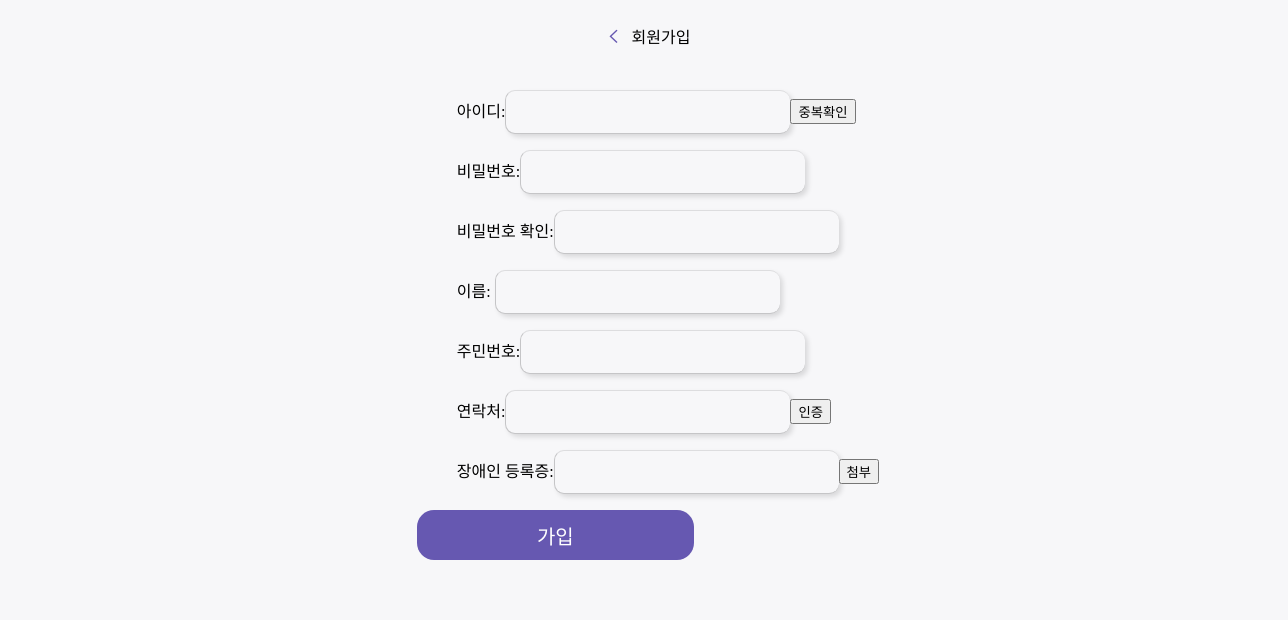
Repository: PEPI-dev/UI
Page: regist/regist.html
The author's editor kept a copy of each file at every save. The page is drawn from the files as they stood at one save, then again after the next save.
The browser window is 1280 px wide. The page is 1288 px wide, so the pictures cover 1288 px, including what lies to the right of the window. The pictures show the whole page.
Some web fonts or font styles are not loaded; a fallback is used.

Above is the page before, as saved 2023-12-04 17:57:55.

### regist/regist.html
<!DOCTYPE html>
<html lang="en">
<head>
    <meta charset="UTF-8">
    <meta name="viewport" content="width=device-width, initial-scale=1.0">
    <title>회원가입</title>
    <link rel="stylesheet" href="./regist.css">
    <link rel ="stylesheet" type="text/css" href="../a_XEIcon-2.2.0/xeicon.min.css">
</head>
<body>

    <div id="div_back"><i class="xi-angle-left" id="back"></i><p id="txt_login">회원가입</p></div>

    <form class="form_class" action="#">
        <ul class="input_ul">

        <p class="input_form"><label for="ID" class="txt_input">아이디:</label><input class="field" id="ID"><button class="btn_inside" id="id_check">중복확인</button></input></p>

        <p class="input_form"><label for="password" class="txt_input">비밀번호:</label><input class="field" id="password" type="password"></input></p>
        <p class="input_form"><label for="check_password" class="txt_input">비밀번호 확인:</label><input class="field" id="chekc_password" type="password" ></input></p>

        <p class="input_form" id="name_input" ><label for="name" class="txt_input">이름: </label><input class="field" id="name" type="text"></input></p>

        <p class="input_form"><label for="rrn" class="txt_input">주민번호:</label><input class="field" id="rrn" type="text"></input></p>

        <p class="input_form"><label for="tel" class="txt_input">연락처:</label><input class="field" id="tel" type="text"><button class="btn_inside" id="phone_check">인증</button></input></p>

        <p class="input_form"><label for="disability_card" class="txt_input">장애인 등록증:</label><input class="field" id="disability_card" type="text"><button class="btn_inside" id="card_check">첨부</button></input></p>

        </ul>
        <button id="join">가입</button>

        <div id="space"></div>
    </form>

</body>
</html>

### regist/regist.css
@font-face {
    font-family: 'main_font';
    src: url(../a_font/NotoSansKR-VariableFont_wght.ttf);
    font-weight: 500;
}

@font-face {
    font-family: 'sub_font';
    src: url(../a_font/SEBANG/SEBANG\ Gothic.ttf);
}



body {
    width: 100%;
    background-color: #F7F7F9;
    display: flex;
    flex-direction: column;
    align-items: center;
}

/* 뒤로가기 버튼 */
.xi-angle-left {
    color: #6658B1;
}

#txt_login {
    font-family: 'main_font';
}

#div_back {
    display: flex;
    align-items: center;
    margin-bottom: 10px;
}

#back {
    border: none;
    background: none;
    cursor: pointer;
    margin-right: 10px;
}

.field {
    width: 280px;
    height: 40px;
    border-radius: 10px;
    box-shadow: 3px 3px 5px rgba(0, 0, 0, 0.12);
    background-color: #F7F7F9;
    border-width: 0;
    outline: none;
    border: none;
    border-top: 0.2px solid rgba(0, 0, 0, 0.1);
    border-left: 0.5px solid rgba(0, 0, 0, 0.2);
    border-bottom: 0.5px solid rgba(0, 0, 0, 0.2);
}

.txt_input{
    font-family: 'main_font';
}

#join {
    background-color: #6658B1;
    color: white;
    border: 1px solid #E1E1E1;
    font-family: 'main_font';
    font-size: 20px;
    font-weight: 500;
    border-radius: 17px;
    border: 0px;
    width: 277px;
    height: 50px;
}

.btn_inside{

}



@media screen and (max-width: 360px) {

    /* 뒤로가기 */
    #div_back {
        padding: 1px;
        margin-top: 35px;
        margin-right: 200px;
    }

    .input_form{

        margin-top: 5px;
    }


    .name_input {
        flex-direction: row;
        align-items: center;
    }

    #join{
        width: 260px;
        height: 50px;
        margin-left: 50px;
    }

    #space{
        margin-bottom: 50px;
    }

}

Loaded but not shown: a_XEIcon-2.2.0/xeicon.min.css (library)

After the next save:
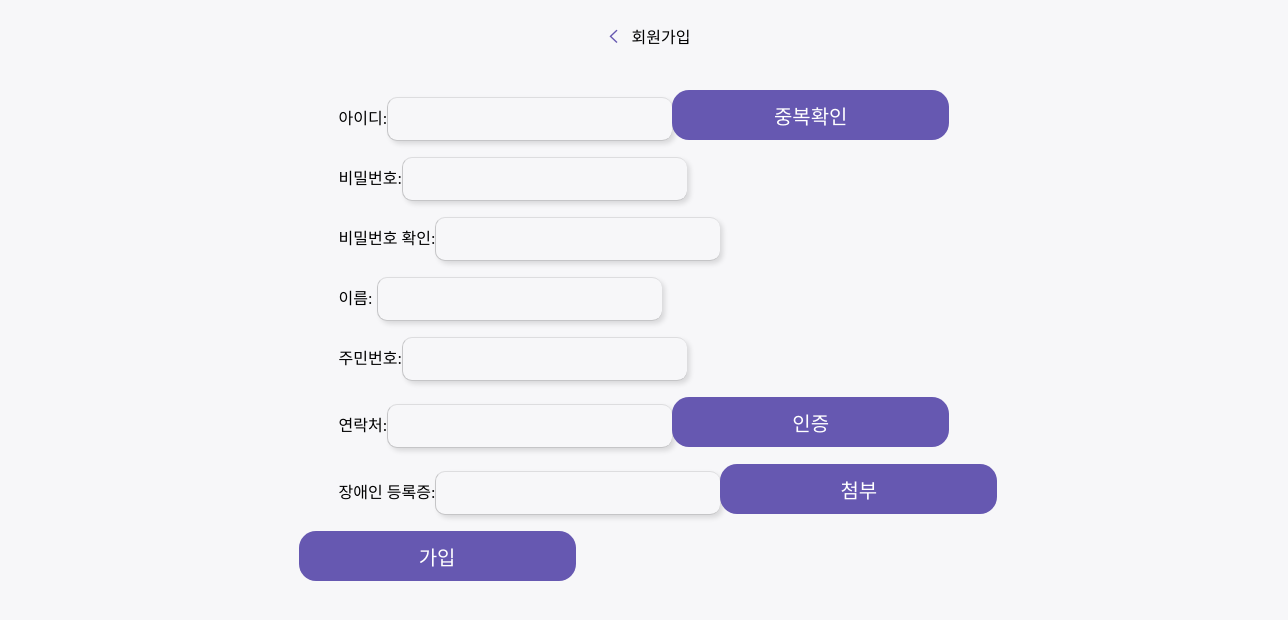
Saved 10 s later.
--- a/regist/regist.css
+++ b/regist/regist.css
@@ -73,7 +73,16 @@ body {
 }
 
 .btn_inside{
-
+    background-color: #6658B1;
+    color: white;
+    border: 1px solid #E1E1E1;
+    font-family: 'main_font';
+    font-size: 20px;
+    font-weight: 500;
+    border-radius: 17px;
+    border: 0px;
+    width: 277px;
+    height: 50px;
 }
 
 
